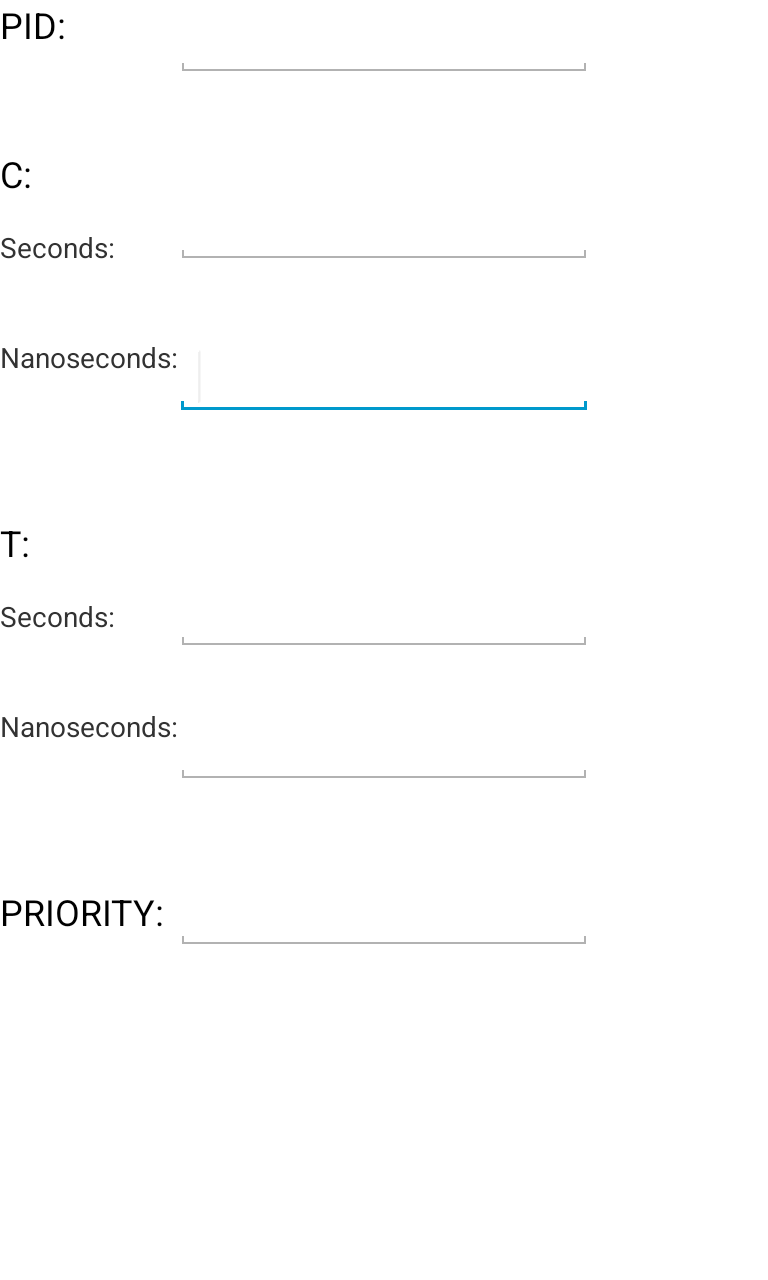
Repository: ankitC/taskmon
Layout: taskmon/res/layout/activity_set_reserve.xml
These files come from the project's save history. The layout is drawn as it stood at one moment and after the next save; the edit follows.
It is drawn on a 768 x 1280 px phone screen (xhdpi) without system bars, with theme AppTheme; the app's code is not run.

Above is the layout before, as saved 2013-10-07 20:52:07.

### taskmon/res/layout/activity_set_reserve.xml
<RelativeLayout xmlns:android="http://schemas.android.com/apk/res/android"
    android:layout_width="fill_parent"
    android:layout_height="fill_parent" >

    <TextView
        android:id="@+id/textView1"
        android:layout_width="wrap_content"
        android:layout_height="wrap_content"
        android:layout_alignParentLeft="true"
        android:layout_alignParentTop="true"
        android:text="@string/pid"
        android:textAppearance="?android:attr/textAppearanceMedium" />

    <TextView
        android:id="@+id/textView2"
        android:layout_width="wrap_content"
        android:layout_height="wrap_content"
        android:layout_alignParentLeft="true"
        android:layout_below="@+id/textView1"
        android:layout_marginTop="50dp"
        android:text="@string/c"
        android:textAppearance="?android:attr/textAppearanceMedium" />

    <TextView
        android:id="@+id/textView3"
        android:layout_width="wrap_content"
        android:layout_height="wrap_content"
        android:layout_alignParentLeft="true"
        android:layout_below="@+id/textView2"
        android:layout_marginTop="160dp"
        android:text="@string/t"
        android:textAppearance="?android:attr/textAppearanceMedium" />

    <TextView
        android:id="@+id/textView4"
        android:layout_width="wrap_content"
        android:layout_height="wrap_content"
        android:layout_alignParentLeft="true"
        android:layout_below="@+id/textView3"
        android:layout_marginTop="160dp"
        android:text="@string/priority"
        android:textAppearance="?android:attr/textAppearanceMedium" />

    <TextView
        android:id="@+id/textView5"
        android:layout_width="wrap_content"
        android:layout_height="wrap_content"
        android:layout_alignParentLeft="true"
        android:layout_below="@+id/textView2"
        android:layout_marginTop="15dp"
        android:text="@string/seconds" />

    <TextView
        android:id="@+id/textView6"
        android:layout_width="wrap_content"
        android:layout_height="wrap_content"
        android:layout_alignParentLeft="true"
        android:layout_below="@+id/textView2"
        android:layout_marginTop="70dp"
        android:text="@string/nanoSeconds" />

    <TextView
        android:id="@+id/textView7"
        android:layout_width="wrap_content"
        android:layout_height="wrap_content"
        android:layout_alignParentLeft="true"
        android:layout_below="@+id/textView3"
        android:layout_marginTop="15dp"
        android:text="@string/seconds" />

    <TextView
        android:id="@+id/textView8"
        android:layout_width="wrap_content"
        android:layout_height="wrap_content"
        android:layout_alignParentLeft="true"
        android:layout_below="@+id/textView3"
        android:layout_marginTop="70dp"
        android:text="@string/nanoSeconds" />

    <EditText
        android:id="@+id/pidInputSet"
        android:layout_width="wrap_content"
        android:layout_height="wrap_content"
        android:layout_alignParentTop="true"
        android:layout_centerHorizontal="true"
        android:ems="10"
        android:inputType="numberDecimal" />

    <EditText
        android:id="@+id/inputCSeconds"
        android:layout_width="wrap_content"
        android:layout_height="wrap_content"
        android:layout_alignBottom="@+id/textView5"
        android:layout_alignLeft="@+id/pidInputSet"
        android:ems="10"
        android:inputType="numberDecimal" />

    <EditText
        android:id="@+id/inputCns"
        android:layout_width="wrap_content"
        android:layout_height="wrap_content"
        android:layout_alignLeft="@+id/inputCSeconds"
        android:layout_alignTop="@+id/textView6"
        android:ems="10"
        android:inputType="numberDecimal" >

        <requestFocus />
    </EditText>

    <EditText
        android:id="@+id/inputTSeconds"
        android:layout_width="wrap_content"
        android:layout_height="wrap_content"
        android:layout_alignBaseline="@+id/textView7"
        android:layout_alignBottom="@+id/textView7"
        android:layout_alignLeft="@+id/inputCns"
        android:ems="10"
        android:inputType="numberDecimal" />

    <EditText
        android:id="@+id/inputTns"
        android:layout_width="wrap_content"
        android:layout_height="wrap_content"
        android:layout_alignLeft="@+id/inputTSeconds"
        android:layout_alignTop="@+id/textView8"
        android:ems="10"
        android:inputType="numberDecimal" />

    <EditText
        android:id="@+id/inputPriority"
        android:layout_width="wrap_content"
        android:layout_height="wrap_content"
        android:layout_alignBaseline="@+id/textView4"
        android:layout_alignBottom="@+id/textView4"
        android:layout_alignLeft="@+id/inputTns"
        android:ems="10"
        android:inputType="numberDecimal" />

</RelativeLayout>

### taskmon/res/values/strings.xml
<?xml version="1.0" encoding="utf-8"?>
<resources>

    <string name="app_name">taskmon</string>
    <string name="action_settings">Settings</string>
    <string name="hello_world">Hello world!</string>
    <string name="setReserve">Set Reserve</string>
    <string name="cancelReserve">Cancel Reserve</string>
    <string name="title_activity_set_reserve">SetReserveActivity</string>
    <string name="title_activity_cancel_reserve">CancelReserveActivity</string>
    <string name="pid">PID:</string>
    <string name="c">C:</string>
    <string name="t">T:</string>
    <string name="priority">PRIORITY:</string>
    <string name="seconds">Seconds:</string>
    <string name="nanoSeconds">Nanoseconds:</string>

</resources>

Loaded but not shown: taskmon/res/values/styles.xml (common file); taskmon/res/values-v11/styles.xml (common file); taskmon/res/values-v14/styles.xml (common file)

After the next save:
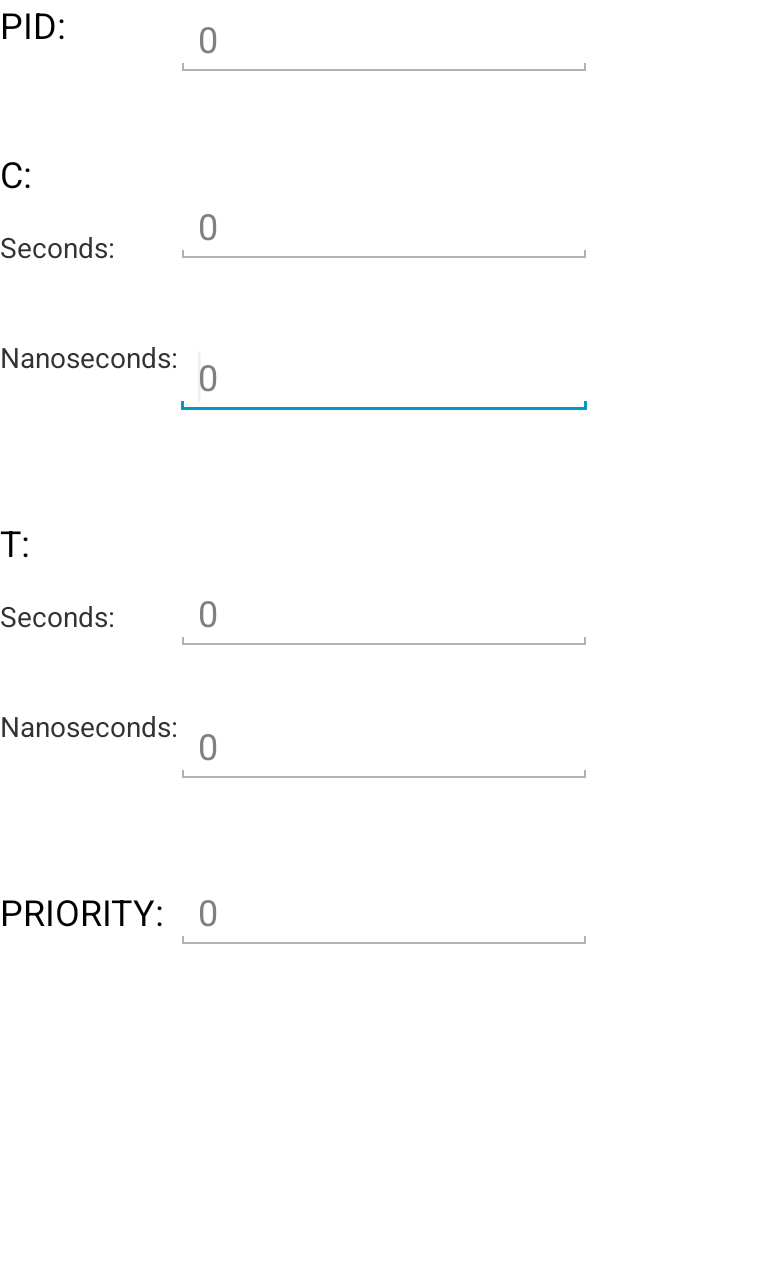
Saved 2 min 49 s later.
--- a/taskmon/res/layout/activity_set_reserve.xml
+++ b/taskmon/res/layout/activity_set_reserve.xml
@@ -84,6 +84,7 @@
         android:layout_alignParentTop="true"
         android:layout_centerHorizontal="true"
         android:ems="10"
+        android:hint="0"
         android:inputType="numberDecimal" />
 
     <EditText
@@ -93,6 +94,7 @@
         android:layout_alignBottom="@+id/textView5"
         android:layout_alignLeft="@+id/pidInputSet"
         android:ems="10"
+        android:hint="0"
         android:inputType="numberDecimal" />
 
     <EditText
@@ -102,6 +104,7 @@
         android:layout_alignLeft="@+id/inputCSeconds"
         android:layout_alignTop="@+id/textView6"
         android:ems="10"
+        android:hint="0"
         android:inputType="numberDecimal" >
 
         <requestFocus />
@@ -115,6 +118,7 @@
         android:layout_alignBottom="@+id/textView7"
         android:layout_alignLeft="@+id/inputCns"
         android:ems="10"
+        android:hint="0"
         android:inputType="numberDecimal" />
 
     <EditText
@@ -124,6 +128,7 @@
         android:layout_alignLeft="@+id/inputTSeconds"
         android:layout_alignTop="@+id/textView8"
         android:ems="10"
+        android:hint="0"
         android:inputType="numberDecimal" />
 
     <EditText
@@ -134,6 +139,7 @@
         android:layout_alignBottom="@+id/textView4"
         android:layout_alignLeft="@+id/inputTns"
         android:ems="10"
+        android:hint="0"
         android:inputType="numberDecimal" />
 
 </RelativeLayout>
